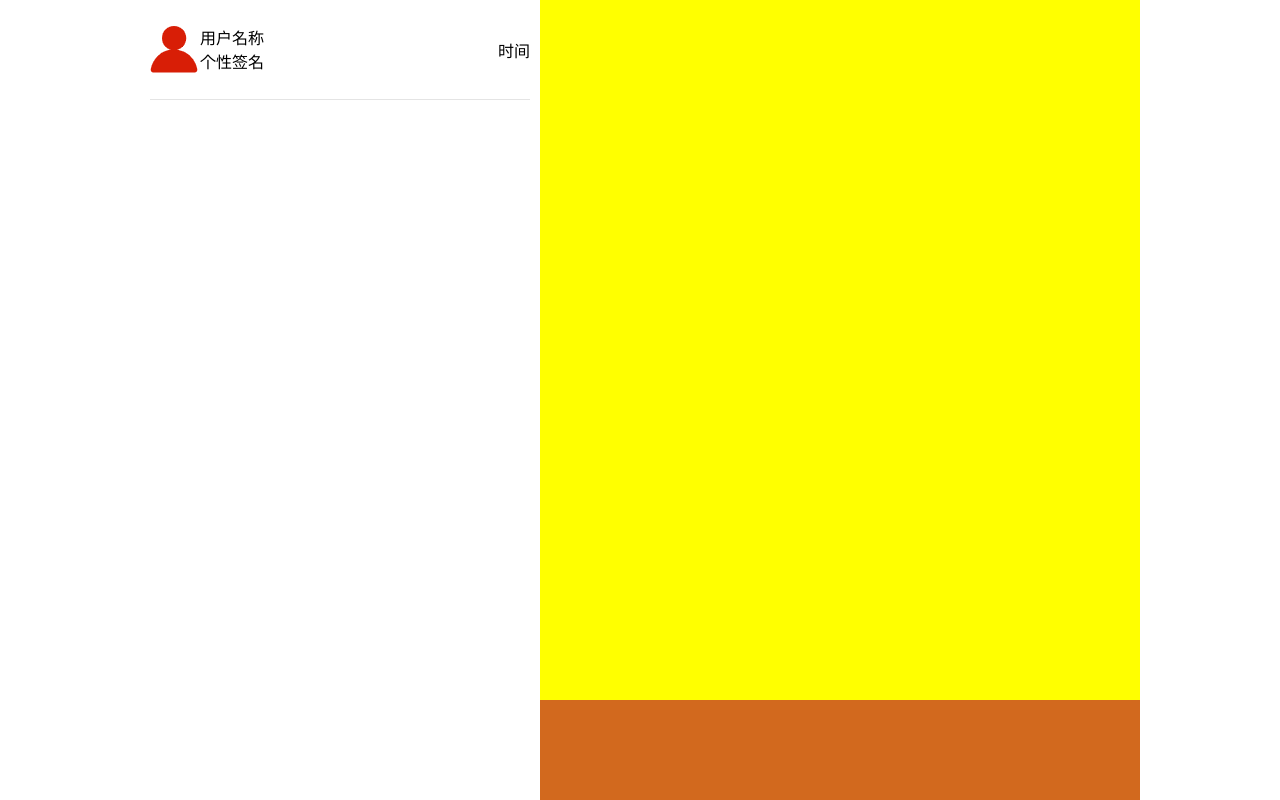
Repository: jinggegeZ/livechat
Page: /
An editor plug-in stored every save of this project. The page is shown before and after the next save, followed by the edit.
The browser window is 1280 px wide. The pictures show the whole page.
The project was rebuilt for these pictures with package versions that can differ from the ones it lists, and the page was loaded fresh each time.

Above is the page before, as saved 2020-08-17 11:09:33.

### src/App.vue
<template>
  <div id="app">

    <router-view/>
  </div>
</template>

<style lang="scss">
*{
  margin: 0;
  padding: 0;
}
</style>

### src/views/Home.vue
<template>
  <div class="content">
    <div class="content-c">
      <div class="box">
        <!-- 用户信息 -->
        <div class="box1">
          <div class="box1-1">
            <div class="box1-1-1">
              <!-- 头像 -->
              <div class="img">
                <img src="../../public/image/active-my.png" alt />
              </div>
              <!-- 用户信息 -->
              <div>
                <div>用户名称</div>
                <div>个性签名</div>
              </div>
            </div>
            <!-- 时间 -->
            <div>时间</div>
          </div>
        </div>
        <!-- 聊天信息 -->
        <div class="box2">
          <div class="box2-1"></div>
          <div class="box2-2"></div>
        </div>
      </div>
    </div>
  </div>
</template>

<script>
export default {
  name: "",
  props: {},
  components: {},
  data() {
    return {};
  },
  methods: {},
  mounted() {},
  watch: {},
  computed: {},
};
</script>

<style scoped lang='scss'>
.content {
  width: 100%;
  display: flex;
  justify-content: center;
}
.content-c {
  width: 95%;
  display: flex;
  justify-content: center;
  align-items: center;
}
.box {
  width: 1000px;
  height: 800px;
  background: white;
  display: flex;
}
.box1 {
  flex: 4;
  height: 100%;
  display: flex;
  justify-content: center;
}
.box1-1 {
  width: 95%;
  height: 99px;
  border-bottom: 1px solid rgb(228, 228, 228);
  display: flex;
  align-items: center;
  justify-content: space-between;
}
.box1-1-1 {
  display: flex;
}
.img {
  width: 50px;
  height: 50px;
  border-radius: 50%;
}
.box2 {
  flex: 6;
  height: 100%;
  background: yellow;
  position: relative;
}
.box2-2 {
  position: absolute;
  bottom: 0;
  width: 100%;
  height: 100px;
  background: chocolate;
  z-index: 1;
}
</style>

Loaded but not shown: public/index.html (common file); src/main.js (common file); src/router/index.js (common file); src/store/index.js (common file)

After the next save:
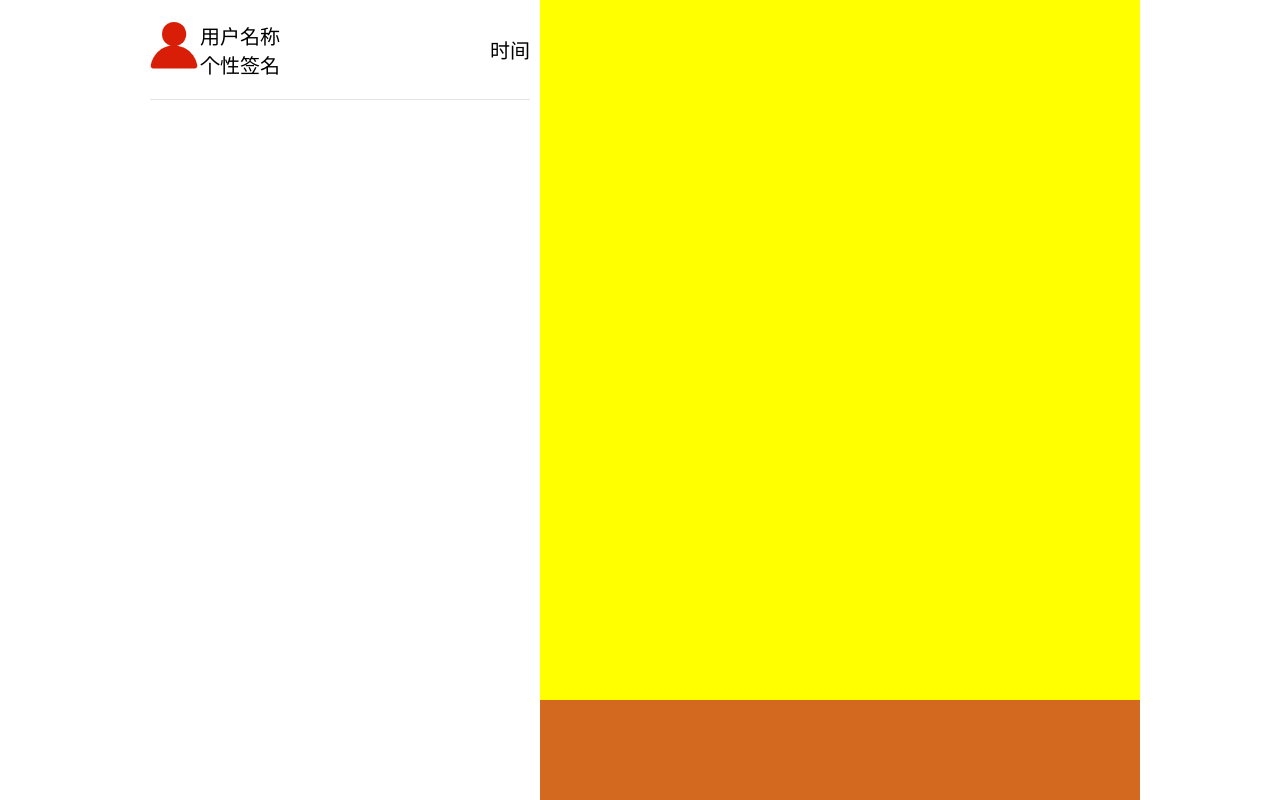
Saved 22 s later.
--- a/src/views/Home.vue
+++ b/src/views/Home.vue
@@ -50,6 +50,7 @@ export default {
   width: 100%;
   display: flex;
   justify-content: center;
+  font-size: 20px;
 }
 .content-c {
   width: 95%;
